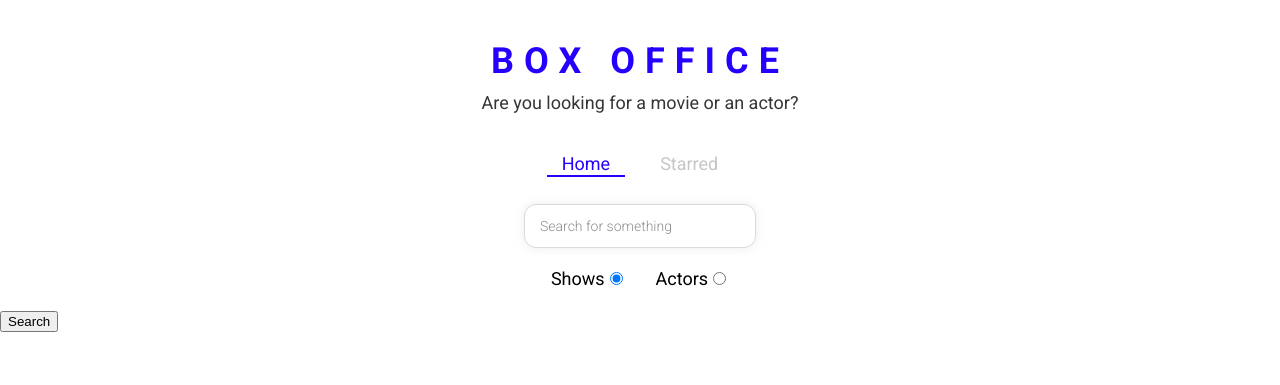
Repository: Hrishabhsinghai/box-office
Page: /
The author's editor kept a copy of each file at every save. The page is drawn from the files as they stood at one save, then again after the next save.
The browser window is 1280 px wide. The pictures show the whole page.
The project was rebuilt for these pictures with package versions that can differ from the ones it lists, and the page was loaded fresh each time. Also part of the build but not shown: src/components/styled.js, src/components/show/ShowMainData.styled.js, src/components/show/ShowMainData.js, src/components/show/Details.styled.js, src/components/show/Details.js, src/components/show/Seasons.styled.js, src/components/show/Seasons.js, src/components/show/Cast.styled.js and 10 more.

Above is the page before, as saved 2022-07-02 23:43:13.

### src/App.js
import React from 'react';
import { Switch, Route } from 'react-router-dom';
import Show from './pages/Show';
import { ThemeProvider } from 'styled-components';
import Home from './pages/Home';
import Starred from './pages/Starred';

const theme = {
  mainColors: {
    blue: '#2400ff',
    gray: '#c6c6c6',
    dark: '#353535',
  },
};

function App() {
  return (
    <ThemeProvider theme={theme}>
      <Switch>
        <Route exact path="/">
          <Home />
        </Route>

        <Route exact path="/starred">
          <Starred />
        </Route>

        <Route exact path="/show/:id">
          <Show />
        </Route>

        <Route>
          <div>Not found</div>
        </Route>
      </Switch>
    </ThemeProvider>
  );
}

export default App;

### src/pages/Home.js
import React, { useState } from 'react';
import ActorGrid from '../components/actor/ActorGrid';
import MainPageLayout from '../components/MainPageLayout';
import ShowGrid from '../components/show/ShowGrid';
import { apiGet } from '../misc/config';
import { useLastQuery } from '../misc/custom-hooks';
import { RadioInputsWrapper, SearchInput } from './Home.styled';

const Home = () => {
  const [input, setInput] = useLastQuery();
  const [results, setResults] = useState(null);
  const [searchOption, setSearchoption] = useState('shows');
  const isShowsSearch = searchOption === 'shows';

  const onSearch = () => {
    apiGet(`/search/${searchOption}?q=${input}`).then(result => {
      setResults(result);
    });
  };

  const onInputChange = ev => {
    setInput(ev.target.value);
  };

  const onKeyDown = ev => {
    if (ev.keyCode === 13) {
      onSearch();
    }
  };

  const onRadioChange = ev => {
    setSearchoption(ev.target.value);
  };
  console.log(searchOption);

  const renderResults = () => {
    if (results && results.length === 0) {
      return <div>No results</div>;
    }

    if (results && results.length > 0) {
      return results[0].show ? (
        <ShowGrid data={results} />
      ) : (
        <ActorGrid data={results} />
      );
    }

    return null;
  };

  return (
    <MainPageLayout>
      <SearchInput
        type="text"
        placeholder="Search for something"
        onChange={onInputChange}
        onKeyDown={onKeyDown}
        value={input}
      />
      {/* adding radio buttons */}
      <RadioInputsWrapper>
        <div>
          <label htmlFor="shows-search">
            Shows
            <input
              id="shows"
              type="radio"
              value="shows"
              checked={isShowsSearch}
              onChange={onRadioChange}
            />
          </label>
        </div>

        <div>
          <label htmlFor="actors-search">
            Actors
            <input
              id="actors-search"
              type="radio"
              value="people"
              checked={!isShowsSearch}
              onChange={onRadioChange}
            />
          </label>
        </div>
      </RadioInputsWrapper>

      <button type="button" onClick={onSearch}>
        Search
      </button>
      {renderResults()}
    </MainPageLayout>
  );
};

export default Home;

### src/misc/custom-hooks.js
import { useReducer, useEffect, useState } from 'react';
import { apiGet } from '../misc/config';

function showsReducer(prevState, action) {
  switch (action.type) {
    case 'ADD': {
      return [...prevState, action.showId];
    }

    case 'REMOVE': {
      return prevState.filter(showId => showId !== action.showId);
    }

    default:
      return prevState;
  }
}

function usePersistedReducer(reducer, initialState, key) {
  const [state, dispatch] = useReducer(reducer, initialState, initial => {
    const persisted = localStorage.getItem(key);

    return persisted ? JSON.parse(persisted) : initial;
  });

  useEffect(() => {
    localStorage.setItem(key, JSON.stringify(state));
  }, [state, key]);

  return [state, dispatch];
}

export function useShows(key = 'shows') {
  return usePersistedReducer(showsReducer, [], key);
}

export function useLastQuery(key = 'lastQuery') {
  const [input, setInput] = useState(() => {
    const persisted = sessionStorage.getItem(key);

    return persisted ? JSON.parse(persisted) : '';
  });

  const setPersistedInput = newState => {
    setInput(newState);
    sessionStorage.setItem(key, JSON.stringify(newState));
  };

  return [input, setPersistedInput];
}

const reducer = (prevState, action) => {
  switch (action.type) {
    case 'FETCH_SUCCESS': {
      return { isLoading: false, error: null, show: action.show };
    }

    case 'FETCH_FAILED': {
      return { ...prevState, isLoading: false, error: action.error };
    }

    default:
      return prevState;
  }
};

export function useShow(showId) {
  const [state, dispatch] = useReducer(reducer, {
    show: null,
    isLoading: true,
    error: null,
  });

  useEffect(() => {
    let isMounted = true;

    apiGet(`/shows/${showId}?embed[]=seasons&embed[]=cast`)
      .then(results => {
        if (isMounted) {
          dispatch({ type: 'FETCH_SUCCESS', show: results });
        }
      })
      .catch(err => {
        if (isMounted) {
          dispatch({ type: 'FETCH_FAILED', error: err.message });
        }
      });

    return () => {
      isMounted = false;
    };
  }, [showId]);

  return state;
}

### src/misc/config.js
const API_BASE_URL = `https://api.tvmaze.com`;

export async function apiGet(queryString) {
  const response = await fetch(`${API_BASE_URL}${queryString}`).then(r =>
    r.json()
  );

  return response;
}

### src/pages/Home.styled.js
import styled from 'styled-components';

export const SearchInput = styled.input`
  display: block;
  font-family: 'Roboto', sans-serif;
  width: 200px;
  margin: auto;
  outline: none;
  padding: 13px 15px;
  border: 1px solid #dbdbdb;
  box-shadow: 0px 0px 10px 0px rgba(219, 219, 219, 0.5);
  font-size: 14px;
  border-radius: 12px;
  color: #8d8d8d;

  &::placeholder {
    font-weight: 300;
    color: #8d8d8d;
  }
`;

export const RadioInputsWrapper = styled.div`
  display: flex;
  justify-content: center;
  margin: 20px 0;

  div {
    margin: 0 15px;
  }
`;

export const SearchButtonWrapper = styled.div`
  text-align: center;
  margin-bottom: 35px;

  button {
    color: #fff;
    background-color: ${({ theme }) => theme.mainColors.blue};
    margin: auto;
    padding: 10px 50px;
    font-size: 15px;
    border: none;
    outline: none;
    border-radius: 12px;
    &:hover {
      cursor: pointer;
    }
  }
`;

### src/components/Navs.js
import React from 'react';
import { useLocation } from 'react-router-dom';

import { NavList, LinkStyled } from './Navs.styled';

const LINKS = [
  { to: '/', text: 'Home' },
  { to: '/starred', text: 'Starred' },
];

const Navs = () => {
  const location = useLocation();

  return (
    <div>
      <NavList>
        {LINKS.map(item => (
          <li key={item.to}>
            <LinkStyled
              to={item.to}
              className={item.to === location.pathname ? 'active' : ''}
            >
              {item.text}
            </LinkStyled>
          </li>
        ))}
      </NavList>
    </div>
  );
};

export default Navs;

### src/components/Navs.styled.js
import styled from 'styled-components';
import { Link } from 'react-router-dom';

export const NavList = styled.ul`
  display: flex;
  justify-content: center;
  list-style: none;
  margin: 0 0 30px;
  padding: 0;
`;

export const LinkStyled = styled(Link)`
  margin: 0 10px;
  padding: 3px 15px;
  position: relative;
  text-decoration: none;
  color: ${({ theme }) => theme.mainColors.gray};
  &.active {
    color: ${({ theme }) => theme.mainColors.blue};
    &:after {
      content: '';
      position: absolute;
      display: block;
      height: 2px;
      left: 0%;
      bottom: 0;
      background-color: ${({ theme }) => theme.mainColors.blue};
      animation: slide-in 0.3s ease-in forwards;
      @keyframes slide-in {
        from {
          left: 50%;
          width: 0;
        }
        to {
          left: 0%;
          width: 100%;
        }
      }
    }
  }
`;

Loaded but not shown: public/index.html (common file); src/index.js (common file); src/index.css (common file); src/reportWebVitals.js (common file); src/components/MainPageLayout.js (common file); src/components/Title.js (common file); src/components/Title.styled.js (common file)

After the next save:
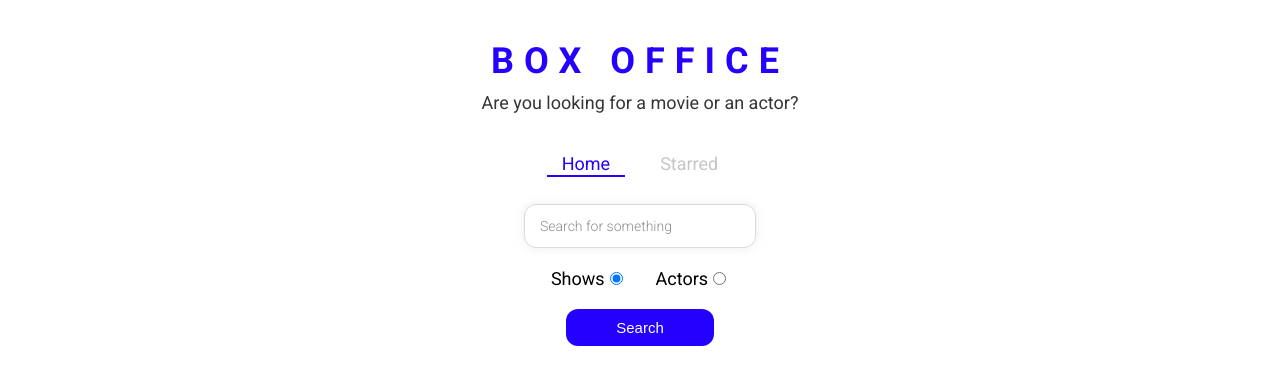
Saved 4 min 47 s later.
--- a/src/pages/Home.js
+++ b/src/pages/Home.js
@@ -4,7 +4,11 @@ import MainPageLayout from '../components/MainPageLayout';
 import ShowGrid from '../components/show/ShowGrid';
 import { apiGet } from '../misc/config';
 import { useLastQuery } from '../misc/custom-hooks';
-import { RadioInputsWrapper, SearchInput } from './Home.styled';
+import {
+  RadioInputsWrapper,
+  SearchButtonWrapper,
+  SearchInput,
+} from './Home.styled';
 
 const Home = () => {
   const [input, setInput] = useLastQuery();
@@ -87,9 +91,11 @@ const Home = () => {
         </div>
       </RadioInputsWrapper>
 
-      <button type="button" onClick={onSearch}>
-        Search
-      </button>
+      <SearchButtonWrapper>
+        <button type="button" onClick={onSearch}>
+          Search
+        </button>
+      </SearchButtonWrapper>
       {renderResults()}
     </MainPageLayout>
   );
